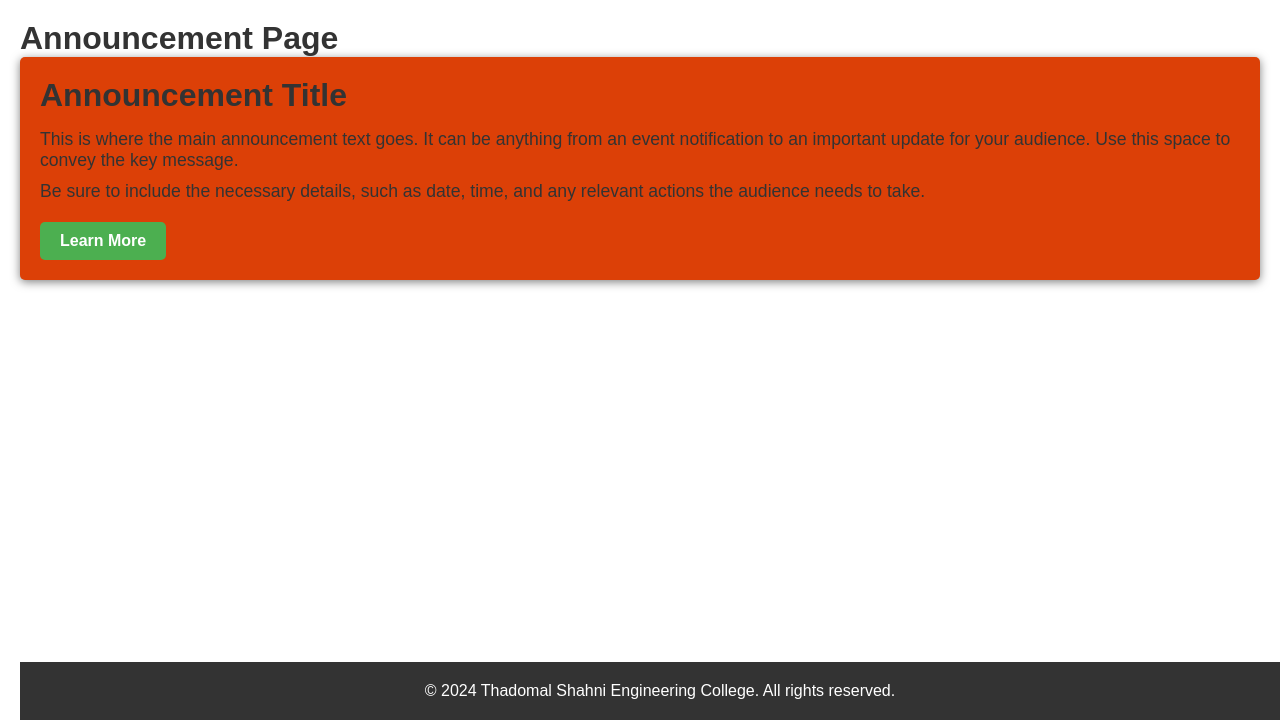
Repository: TejasS1233/MINITHON-hackathon-project
Page: annoucementpage.html
An editor plug-in stored every save of this project. The page is shown before and after the next save, followed by the edit.
The browser window is 1280 px wide. The pictures show the whole page.

Above is the page before, as saved 2024-09-20 08:58:30.

### annoucementpage.html
<!DOCTYPE html>
<html lang="en">
<head>
    <meta charset="UTF-8">
    <meta name="viewport" content="width=device-width, initial-scale=1.0">
    <meta http-equiv="X-UA-Compatible" content="ie=edge">
    <title>Announcement Page</title>
    <link rel="stylesheet" href="styles.css">
</head>
<body>

    <div class = "announcement-heading">
        <h1>Announcement Page</h1>
    </div>

    <section class="announcement">
        <h2>Announcement Title</h2>
        <p>
            This is where the main announcement text goes. It can be anything from an event notification to
            an important update for your audience. Use this space to convey the key message.
        </p>
        <p>
            Be sure to include the necessary details, such as date, time, and any relevant actions the
            audience needs to take.
        </p>
        <a href="#" class="cta-button">Learn More</a>
    </section>

    <footer>
        <p> &copy; 2024 Thadomal Shahni Engineering College. All rights reserved.</p>
    </footer>
</body>
</html>

### styles.css
* {
    margin: 0;
    padding: 0;
    box-sizing: border-box;
}

body {
    font-family: 'Arial', sans-serif;
    background-color: white;
    color: #333;
    padding: 20px;
}


header {
    background-color: turquoise;
    color: white;
    padding: 20px 0;
    text-align: center;
    margin-bottom: 20px;
}

header h1 {
    font-size: 2.5em;
}


.announcement {
    background-color: rgb(220, 64, 7);
    padding: 20px;
    border-radius: 5px;
    box-shadow: 0 2px 10px rgba(0, 0, 0, 0.5);
    margin-bottom: 20px;
}

.announcement h2 {
    font-size: 2em;
    margin-bottom: 15px;
}

.announcement p {
    margin-bottom: 10px;
    font-size: 1.1em;
}

.cta-button {
    display: inline-block;
    background-color: #4CAF50;
    color: white;
    padding: 10px 20px;
    text-decoration: none;
    border-radius: 5px;
    margin-top: 10px;
    font-weight: bold;
}

.cta-button:hover {
    background-color: #45a049;
}


footer {
    text-align: center;
    padding: 20px 0;
    background-color: #333;
    color: white;
    position: fixed;
    width: 100%;
    bottom: 0;
}

After the next save:
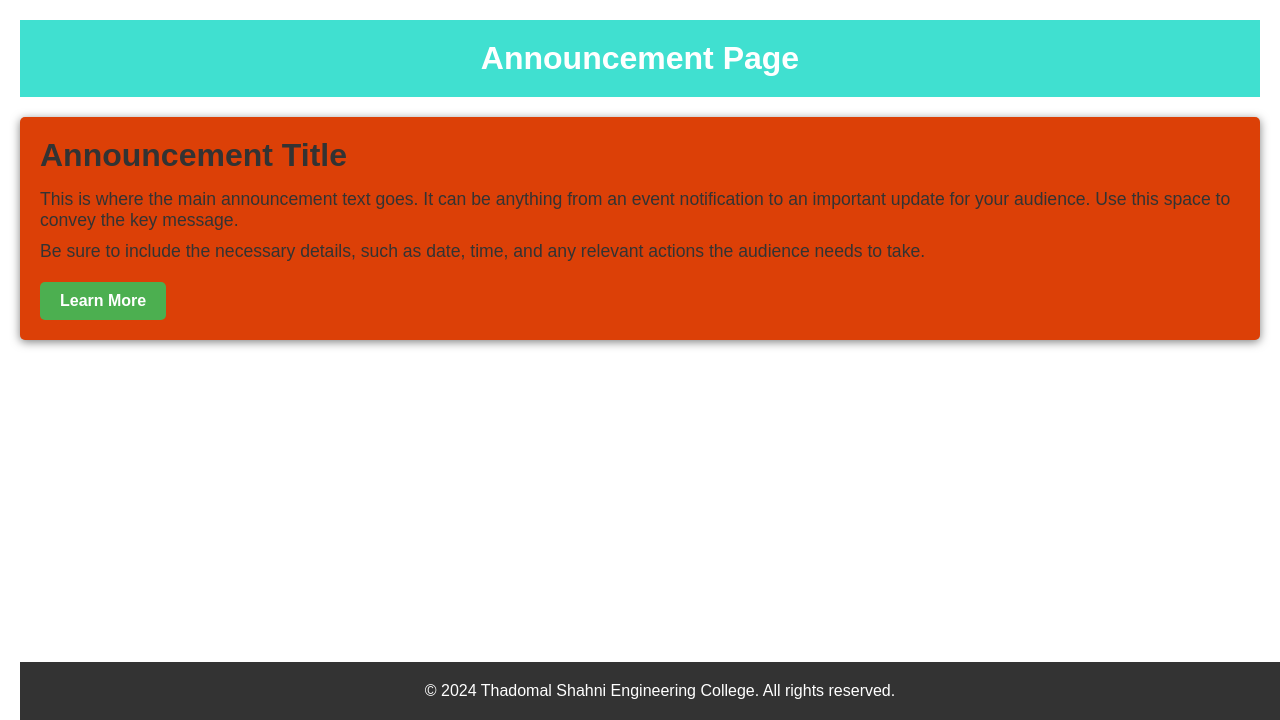
Saved 27 s later.
--- a/styles.css
+++ b/styles.css
@@ -12,7 +12,7 @@ body {
 }
 
 
-header {
+.announcement-heading {
     background-color: turquoise;
     color: white;
     padding: 20px 0;
